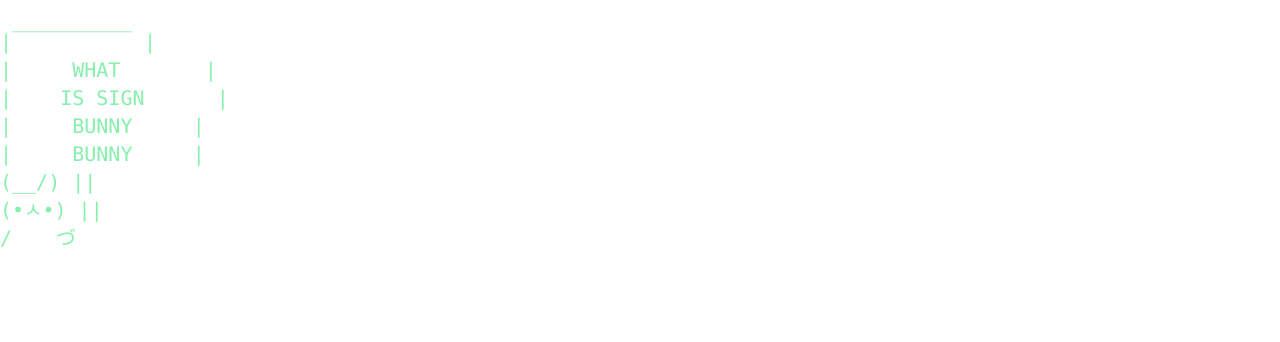
Repository: kayla-lin/graphic-design-timeline
Page: /components/Conclusion/Sign
The author's editor kept a copy of each file at every save. The page is drawn from the files as they stood at one save, then again after a run of saves.
The browser window is 1280 px wide. The pictures show the whole page.
The project was rebuilt for these pictures with package versions that can differ from the ones it lists, and the page was loaded fresh each time. The framework's server and built-in components were replaced by stand-ins that run in the browser. Also part of the build but not shown: next.config.js.

Above is the page before, as saved 2023-05-01 23:51:20.

### pages/components/Conclusion/Sign/index.tsx
import React from "react";

const Sign = () => {
  var sign = [
    "<pre><code>",
    "|￣￣￣￣￣￣ |",
    "|     WHAT       |",
    "|    IS SIGN      | ",
    "|     BUNNY     |",
    "|     BUNNY     |",
    "(__/) || ",
    "(•ㅅ•) || ",
    "/ 　 づ",

    "</code></pre>",
  ].join("\n");

  return (
    <span
      dangerouslySetInnerHTML={{ __html: sign }}
      className="text-xl text-green-300"
    ></span>
  );
};

export default Sign;

### styles/globals.css
@tailwind base;
@tailwind components;
@tailwind utilities;

/* Top progress bar */

.progress-bar {
  position: fixed;
  top: 0;
  left: 0;
  right: 0;
  height: 10px;
  background: red;
  transform-origin: 0%;
}

/* Glitch effect */

.glitch {
  animation: glitch 1s linear infinite;
}

@keyframes glitch {
  2%,
  64% {
    transform: translate(2px, 0) skew(0deg);
  }
  4%,
  60% {
    transform: translate(-2px, 0) skew(0deg);
  }
  62% {
    transform: translate(0, 0) skew(5deg);
  }
}

.glitch:before,
.glitch:after {
  content: attr(title);
  position: absolute;
  left: 0;
}

.glitch:before {
  animation: glitchTop 1s linear infinite;
  clip-path: polygon(0 0, 100% 0, 100% 33%, 0 33%);
  -webkit-clip-path: polygon(0 0, 100% 0, 100% 33%, 0 33%);
}

@keyframes glitchTop {
  2%,
  64% {
    transform: translate(2px, -2px);
  }
  4%,
  60% {
    transform: translate(-2px, 2px);
  }
  62% {
    transform: translate(13px, -1px) skew(-13deg);
  }
}

.glitch:after {
  animation: glitchBotom 1.5s linear infinite;
  clip-path: polygon(0 67%, 100% 67%, 100% 100%, 0 100%);
  -webkit-clip-path: polygon(0 67%, 100% 67%, 100% 100%, 0 100%);
}

@keyframes glitchBotom {
  2%,
  64% {
    transform: translate(-2px, 0);
  }
  4%,
  60% {
    transform: translate(-2px, 0);
  }
  62% {
    transform: translate(-22px, 5px) skew(21deg);
  }
}

Loaded but not shown: pages/_app.tsx (common file); pages/_document.tsx (common file); tailwind.config.js (common file)

After the next 2 saves:
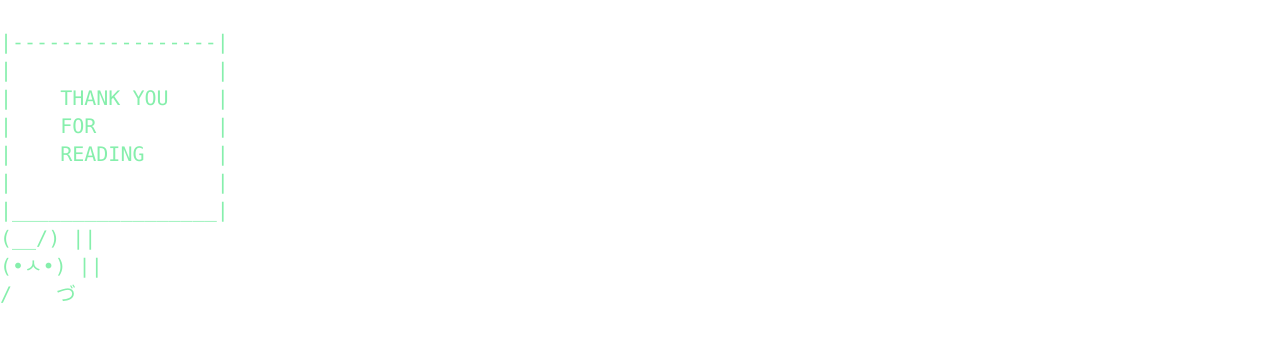
The 2 saves are shown as one change because they came seconds apart.
The last was saved 66 s later.
--- a/pages/components/Conclusion/Sign/index.tsx
+++ b/pages/components/Conclusion/Sign/index.tsx
@@ -3,15 +3,16 @@
 const Sign = () => {
   var sign = [
     "<pre><code>",
-    "|￣￣￣￣￣￣ |",
-    "|     WHAT       |",
-    "|    IS SIGN      | ",
-    "|     BUNNY     |",
-    "|     BUNNY     |",
+    "|-----------------|",
+    "|                 |",
+    "|    THANK YOU    |",
+    "|    FOR          | ",
+    "|    READING      |",
+    "|                 |",
+    "|_________________| ",
     "(__/) || ",
     "(•ㅅ•) || ",
     "/ 　 づ",
-
     "</code></pre>",
   ].join("\n");
 
